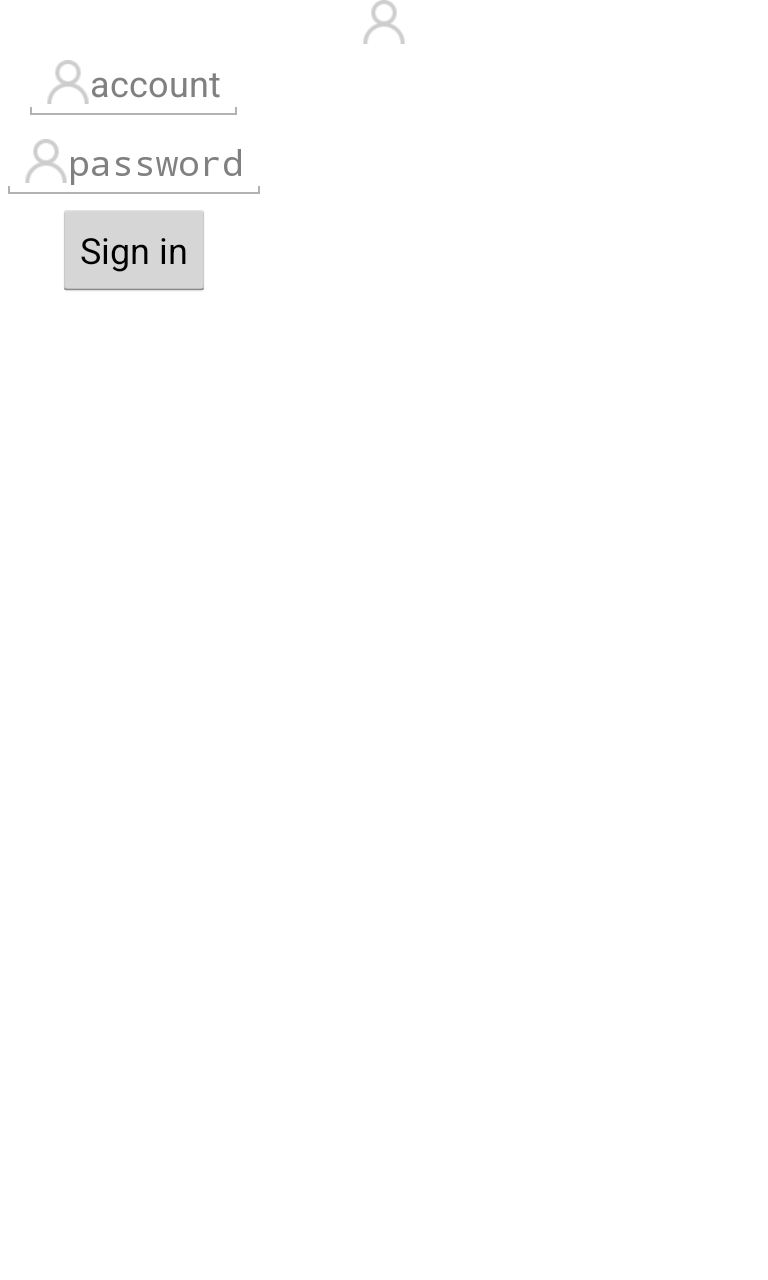
Repository: JDLINLC/android-dev
Layout: ModifyQQ/res/layout/main_activity.xml
The author's editor kept a copy of each file at every save. The layout is drawn from the files as they stood at one save, then again after the next save.
It is drawn on a 768 x 1280 px phone screen (xhdpi) without system bars, with theme AppTheme; the app's code is not run.

Above is the layout before, as saved 2015-04-23 08:23:05.

### ModifyQQ/res/layout/main_activity.xml
<?xml version="1.0" encoding="utf-8"?>
<TableLayout xmlns:android="http://schemas.android.com/apk/res/android"
    android:layout_width="match_parent"
    android:layout_height="match_parent"
    android:orientation="vertical" >



   <ImageView
        android:id="@+id/image_view"
        android:layout_width="match_parent"
        android:layout_height="wrap_content"
        android:src="@drawable/a"
        />
   <TableRow>
    <EditText
        android:id="@+id/edit1_text"
        android:layout_height="match_parent"
        android:layout_width="match_parent"
        android:layout_gravity="center"
        android:drawableLeft="@drawable/a"
        android:hint="account"
        />
    </TableRow>

    <TableRow>
    	<EditText
        	android:id="@+id/edit2_text"
        	android:layout_height="wrap_content"
        	android:layout_width="match_parent"
        	android:layout_gravity="center"
        	android:hint="password"
        	android:drawableLeft="@drawable/a"
        	android:inputType="textPassword"
        	/>
    </TableRow>
    <TableRow>
    <Button
        android:id="@+id/button_1"
        android:layout_height="wrap_content"
        android:layout_width="match_parent"
        android:layout_gravity="center"
        android:layout_span="2"
        android:text="Sign in"
        />
    </TableRow>



</TableLayout>

Loaded but not shown: ModifyQQ/res/values/styles.xml (common file); ModifyQQ/res/values-v11/styles.xml (common file); ModifyQQ/res/values-v14/styles.xml (common file)

After the next save:
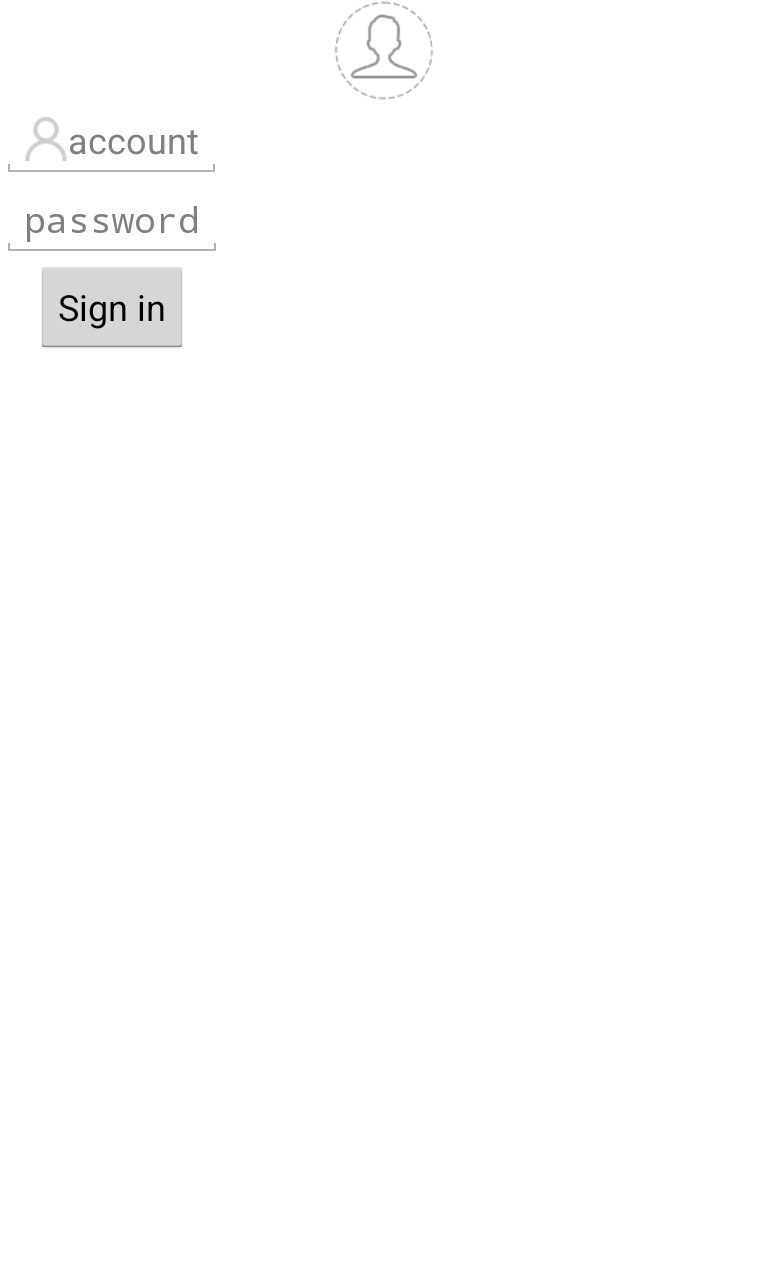
Saved 103 s later.
--- a/ModifyQQ/res/layout/main_activity.xml
+++ b/ModifyQQ/res/layout/main_activity.xml
@@ -10,7 +10,7 @@
         android:id="@+id/image_view"
         android:layout_width="match_parent"
         android:layout_height="wrap_content"
-        android:src="@drawable/a"
+        android:src="@drawable/hg"
         />
    <TableRow>
     <EditText
@@ -30,7 +30,7 @@
         	android:layout_width="match_parent"
         	android:layout_gravity="center"
         	android:hint="password"
-        	android:drawableLeft="@drawable/a"
+        	android:drawableright="@drawable/ara"
         	android:inputType="textPassword"
         	/>
     </TableRow>
